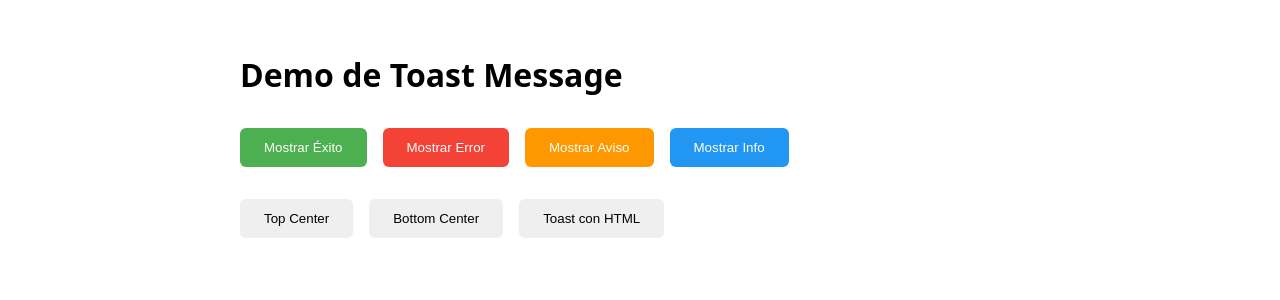
Repository: aitorcachero/aicadev-toast-message
Page: index.html
These files come from the project's save history. The page is drawn as it stood at one moment and after the next save; the edit follows.
The browser window is 1280 px wide. The pictures show the whole page.

Above is the page before, as saved 2025-05-22 11:14:33.

After the next save:
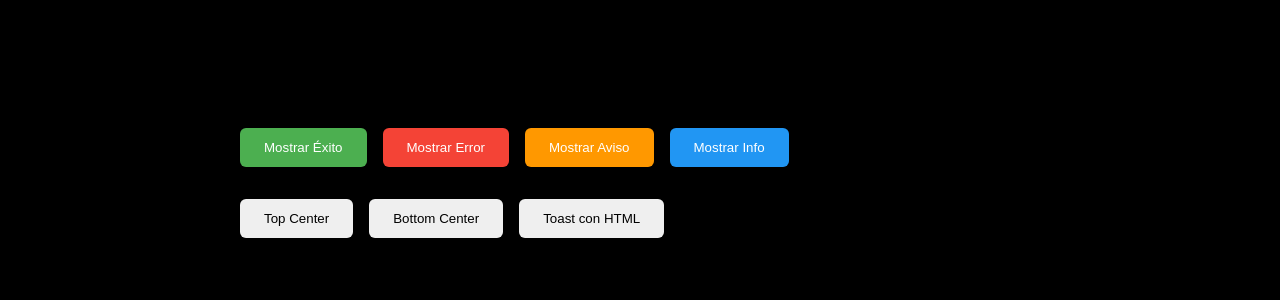
Saved 33 s later.
--- a/index.html
+++ b/index.html
@@ -10,6 +10,7 @@
       max-width: 800px;
       margin: 0 auto;
       padding: 2rem;
+      background-color: black;
     }
 
     .button-group {
